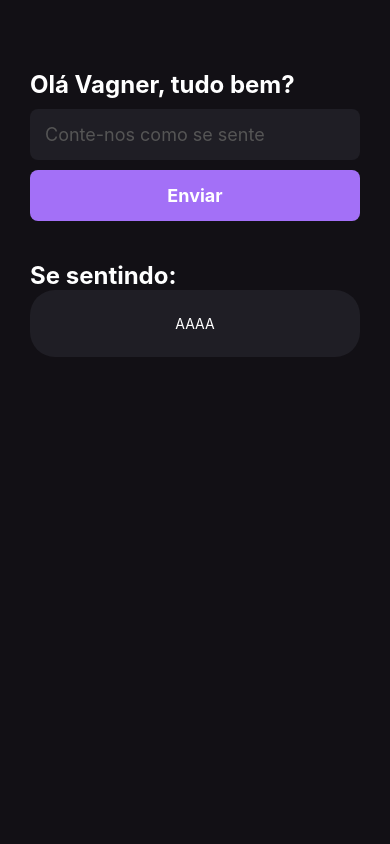
Repository: vagnereix/01-myskills-trilha-react-native
Screen: /
An editor plug-in stored every save of this project. The screen is shown before and after the next save, followed by the edit.
The app was drawn by React Native's web renderer in a window 390 px wide. The project was rebuilt for these pictures with package versions that can differ from the ones it lists, and the page was loaded fresh each time.

Above is the screen before, as saved 2021-06-17 18:19:12.

### App.tsx
import React from 'react';

import { Home } from './pages/home';

export default function App() {
  return (
    <Home />
  );
};

### pages/home.tsx
import React, { useState } from 'react';
import {
    View,
    Text,
    StyleSheet,
    TextInput,
    Platform,
    TouchableOpacity
} from 'react-native';

export function Home() {
    const [feeling, setFeeling] = useState<string>('');
    const [feelings, setFeelings] = useState<string[]>([]);

    function handleClick() {
        setFeelings(oldFeelings => [...oldFeelings, feeling]);
    }

    function handleChange(feeling: string) {
        setFeeling(feeling)
    }

    return (
      <View style={styles.container}>
        <Text style={styles.title}>Olá Vagner, tudo bem?</Text>

        <TextInput
          onChangeText={handleChange}
          style={styles.input}
          placeholder="Conte-nos como se sente"
          placeholderTextColor="#555"
        />

        <TouchableOpacity style={styles.touch} onPress={handleClick}>
          <Text style={styles.touchText}>Enviar</Text>
        </TouchableOpacity>

        <Text style={[styles.title, {marginTop: 40}]}>Se sentindo:</Text>

        <TouchableOpacity style={styles.buttonFeeling}>
          <Text style={styles.textFeeling}>
              AAAA
          </Text>
        </TouchableOpacity>
      </View>
    );
}

const styles = StyleSheet.create({
  container: {
    flex: 1,
    paddingHorizontal: 30,
    paddingVertical: 70,
    backgroundColor: '#121015',
  },
  title: {
    color: '#fff',
    fontWeight: 'bold',
    fontSize: 24
  },
  input: {
    marginTop: 10,
    borderRadius: 8,
    backgroundColor: '#1f1e25',
    fontSize: 18,
    padding: Platform.OS == 'android' ? 10 : 15,
  },
  touch: {
    backgroundColor: '#a370f7',
    marginTop: 10,
    padding: 15,
    borderRadius: 8,
    alignItems: 'center',
  },
  touchText: {
      fontWeight: 'bold',
      fontSize: 18,
      color: '#fff'
  },
  feeling: {
      color: '#fff',
      fontSize: 18,
      marginTop: 5
  },
  buttonFeeling: {
    alignItems: 'center',
    borderRadius: 25,
    backgroundColor: '#1f1e25',
    padding: 25
  },
  textFeeling: {
    color: '#fff'
  }
});

After the next save:
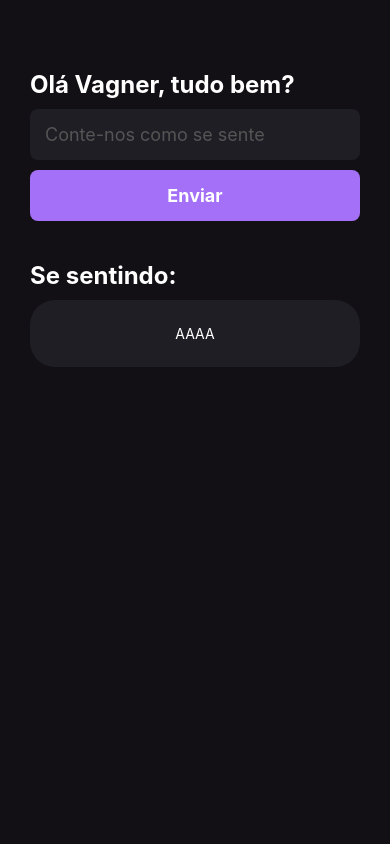
Saved 10 s later.
--- a/pages/home.tsx
+++ b/pages/home.tsx
@@ -86,7 +86,8 @@ const styles = StyleSheet.create({
     alignItems: 'center',
     borderRadius: 25,
     backgroundColor: '#1f1e25',
-    padding: 25
+    padding: 25,
+    marginTop: 10
   },
   textFeeling: {
     color: '#fff'
